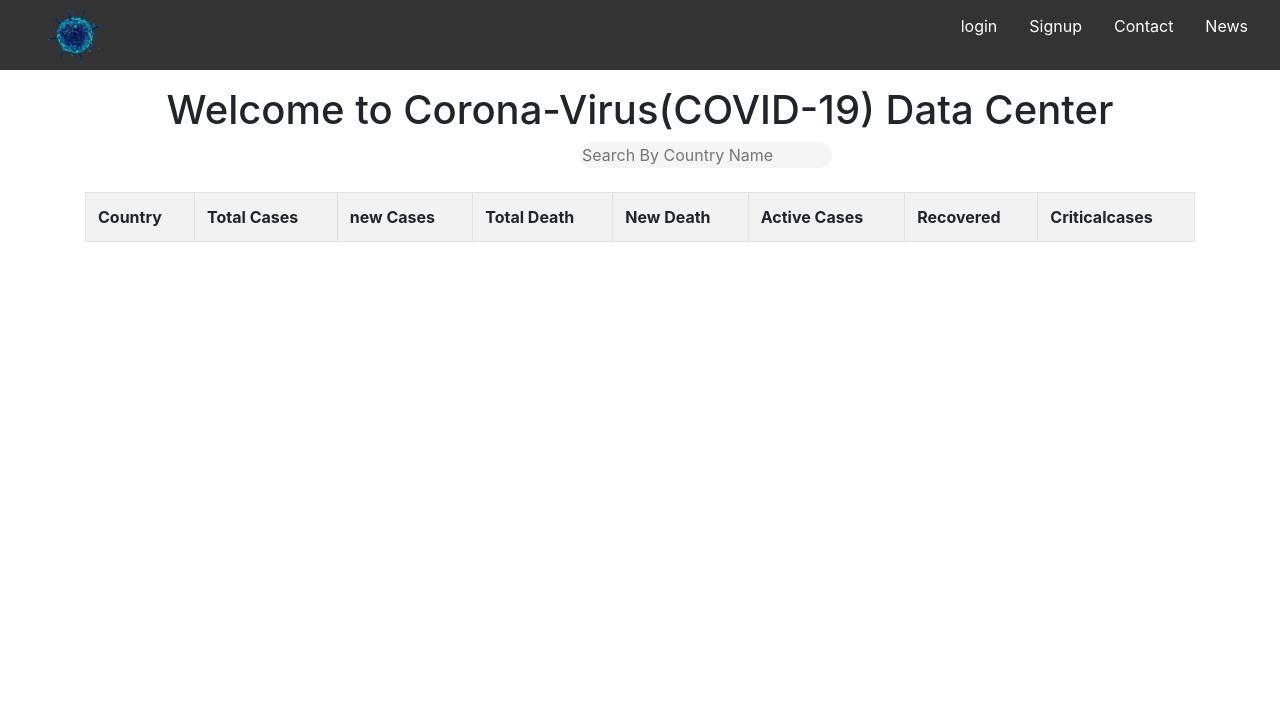
Repository: xthashankar/COVID-19-data-
Page: index.html
These files come from the project's save history. The page is drawn as it stood at one moment and after the next save; the edit follows.
The browser window is 1280 px wide. The pictures show the whole page.
The page's requests for data from a server got no answer.

Above is the page before, as saved 2020-04-09 17:06:50.

### index.html
<!DOCTYPE html>
<html lang="en">
<head>
    <meta charset="UTF-8">
    <meta name="viewport" content="width=device-width, initial-scale=1.0">
    <link rel="stylesheet" href="styles.css">
    <link rel="stylesheet" href="https://maxcdn.bootstrapcdn.com/bootstrap/4.4.1/css/bootstrap.min.css">
     <script src="https://ajax.googleapis.com/ajax/libs/jquery/3.4.1/jquery.min.js"></script>
     <script src="https://cdnjs.cloudflare.com/ajax/libs/popper.js/1.16.0/umd/popper.min.js"></script>
    <script src="https://maxcdn.bootstrapcdn.com/bootstrap/4.4.1/js/bootstrap.min.js"></script>
    <link rel="stylesheet/css" href="styles.css">
    <title>Document</title>
</head>
<body>
    <ul>
        <img src="image/coronavirus.png">
        <li><a class="nav" href="#"></a></li>
        <li><a href="#">News</a></li>
        <li><a href="#">Contact</a></li>
        <li><a href="#">Signup</a></li>
        <li><a href="#">login</a></li>
    </ul>

    <h1>Welcome to Corona-Virus(COVID-19) Data Center</h1>
    <input type="text" name="filter" id="search" placeholder="Search By Country Name" onkeyup="search()">
    <div class="container">

        <br>
        <table class="table table-bordered  table-striped">
            <thread>
                <tr>
                    <th>Country</th>
                    <th>Total Cases</th>
                    <th>new Cases</th>
                    <th>Total Death</th>
                    <th>New Death</th>
                    <th>Active Cases</th>
                    <th>Recovered</th>
                    <th>Criticalcases</th>
            </tr>
            </thread>
            <tbody  id="coranavirus">
            </tbody>
        </table>
    </div>
</body>
<script src="javascript/main.js"></script>
</html>

### styles.css
ul{
    list-style-type:none;
    overflow: hidden;
    background-color:#333;
}
li{
   float:right;
}
li a{

    display: block;
    color:white;
    text-align: center;
    padding: 14px 16px;
    text-decoration: none;
}
li a:hover{
    background-color: #111;
}
h1{
    text-align: center;
}
#search{

    border-radius: 10px;
    margin:5 auto;
    border-radius: 10px;
    margin-left: 580px;
    border: none;
    border-radius: 15px;
    background-color:whitesmoke;
}
img{
    width:70px;
    height:70px;
}

### javascript/main.js
// let who='';
let URL='https://nepalcorona.info/api/v1/data/world'
fetch(URL)
.then(function(response){
   return response.json()
}).then(function(covid){
//    console.log(covid);
       if(covid.length>0)
       {
           var coviddata='';
           covid.forEach(function(data){
            // coviddata +="<tr>";
            if(data.country!="")
            {
            coviddata +="<tr><td>"+data.country+"</td>";
            coviddata +="<td>"+data.totalCases+"</td>";
            coviddata +="<td>"+data.newCases+"</td>";
            coviddata +="<td>"+data.totalDeaths+"</td>";
            coviddata +="<td>"+data.newDeaths+"</td>";
            coviddata +="<td>"+data.activeCases+"</td>";
            coviddata +="<td>"+data.totalRecovered+"</td>";
            coviddata +="<td>"+data.criticalCases+"</td></tr>";
            console.log(coviddata);
            }
            document.getElementById('coranavirus').innerHTML=coviddata;
           })
       }
   })
   //for search
function search(){
    let filter=document.getElementById("search").value.toUpperCase();
    let table=document.getElementById("coranavirus");
    let tr=table.getElementsByTagName("tr");
    for(let i=0;i<tr.length;i++)
    {
     let td=tr[i].getElementsByTagName("td")[0];
        if(td)
        {
         let txtValue=td.textContent||td.innerText;
         if(txtValue.toUpperCase().indexOf(filter)>-1)
            {
            tr[i].style.display="";
            }else
            {
            tr[i].style.display="none";
            }
        }
    }
}

After the next save:
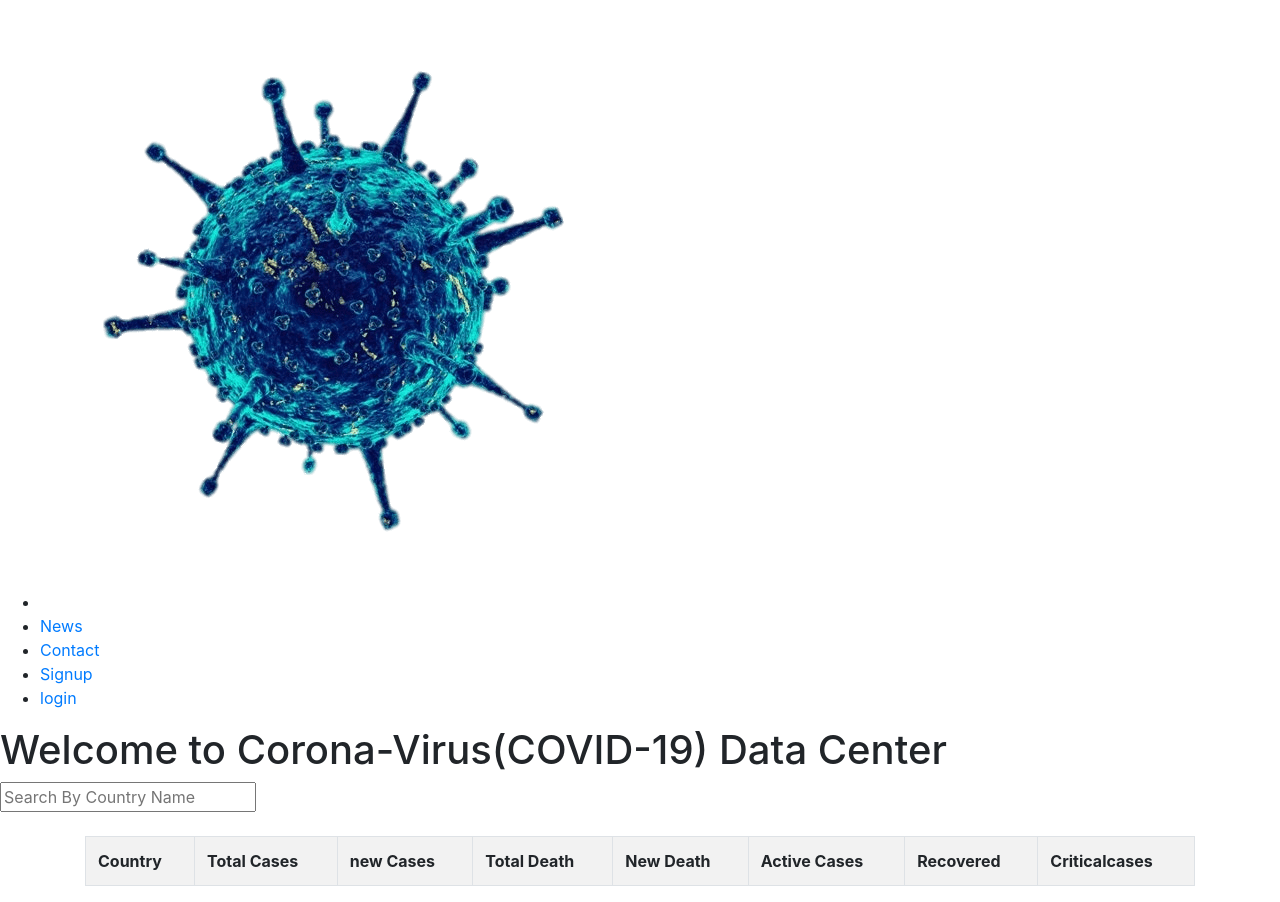
Saved 84 s later.
--- a/index.html
+++ b/index.html
@@ -3,12 +3,11 @@
 <head>
     <meta charset="UTF-8">
     <meta name="viewport" content="width=device-width, initial-scale=1.0">
-    <link rel="stylesheet" href="styles.css">
     <link rel="stylesheet" href="https://maxcdn.bootstrapcdn.com/bootstrap/4.4.1/css/bootstrap.min.css">
      <script src="https://ajax.googleapis.com/ajax/libs/jquery/3.4.1/jquery.min.js"></script>
      <script src="https://cdnjs.cloudflare.com/ajax/libs/popper.js/1.16.0/umd/popper.min.js"></script>
     <script src="https://maxcdn.bootstrapcdn.com/bootstrap/4.4.1/js/bootstrap.min.js"></script>
-    <link rel="stylesheet/css" href="styles.css">
+    <link rel="stylesheet/css" href="css/styles.css">
     <title>Document</title>
 </head>
 <body>
